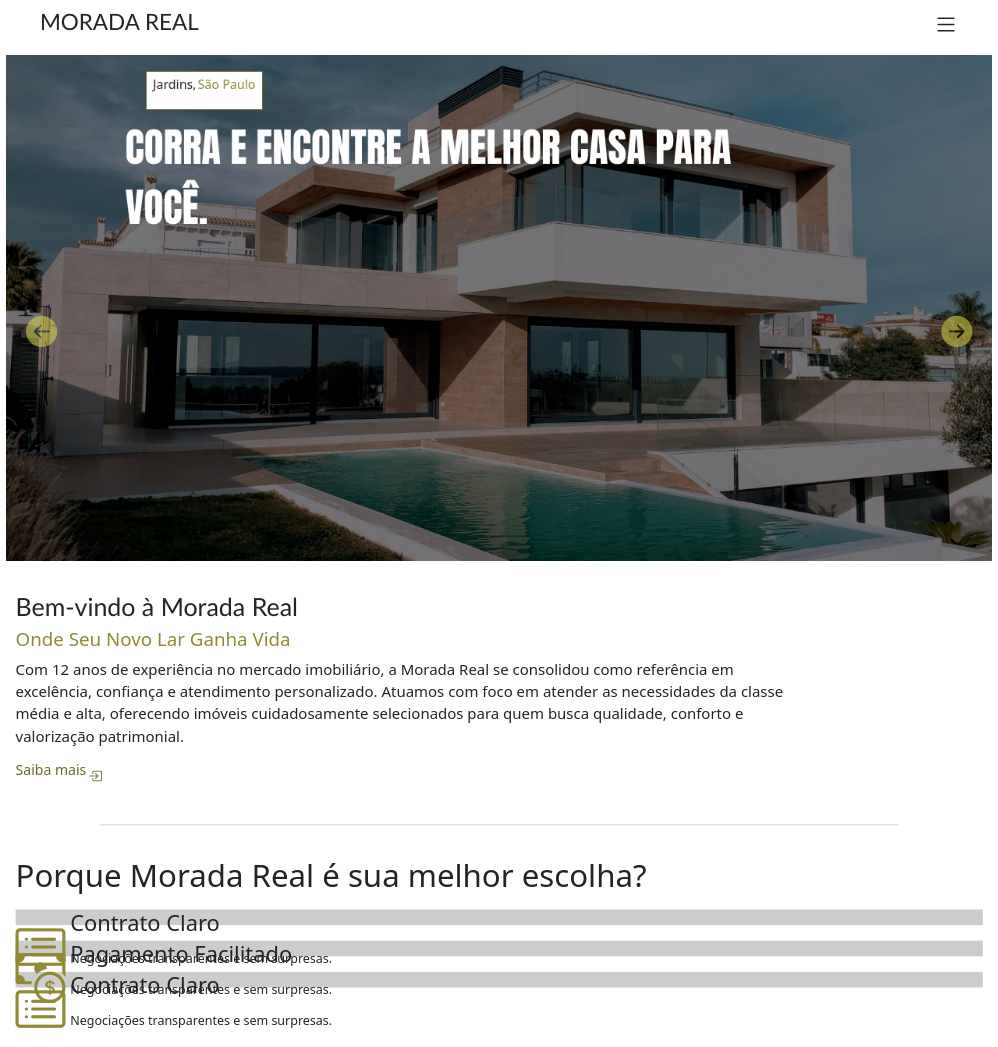
Repository: Mattyns/moradareal
Page: index.html
An editor plug-in stored every save of this project. The page is shown before and after the next save, followed by the edit.
The browser window is 1280 px wide. The pictures show the whole page, at 78% of full size.

Above is the page before, as saved 2025-07-13 17:39:14.

After the next save:
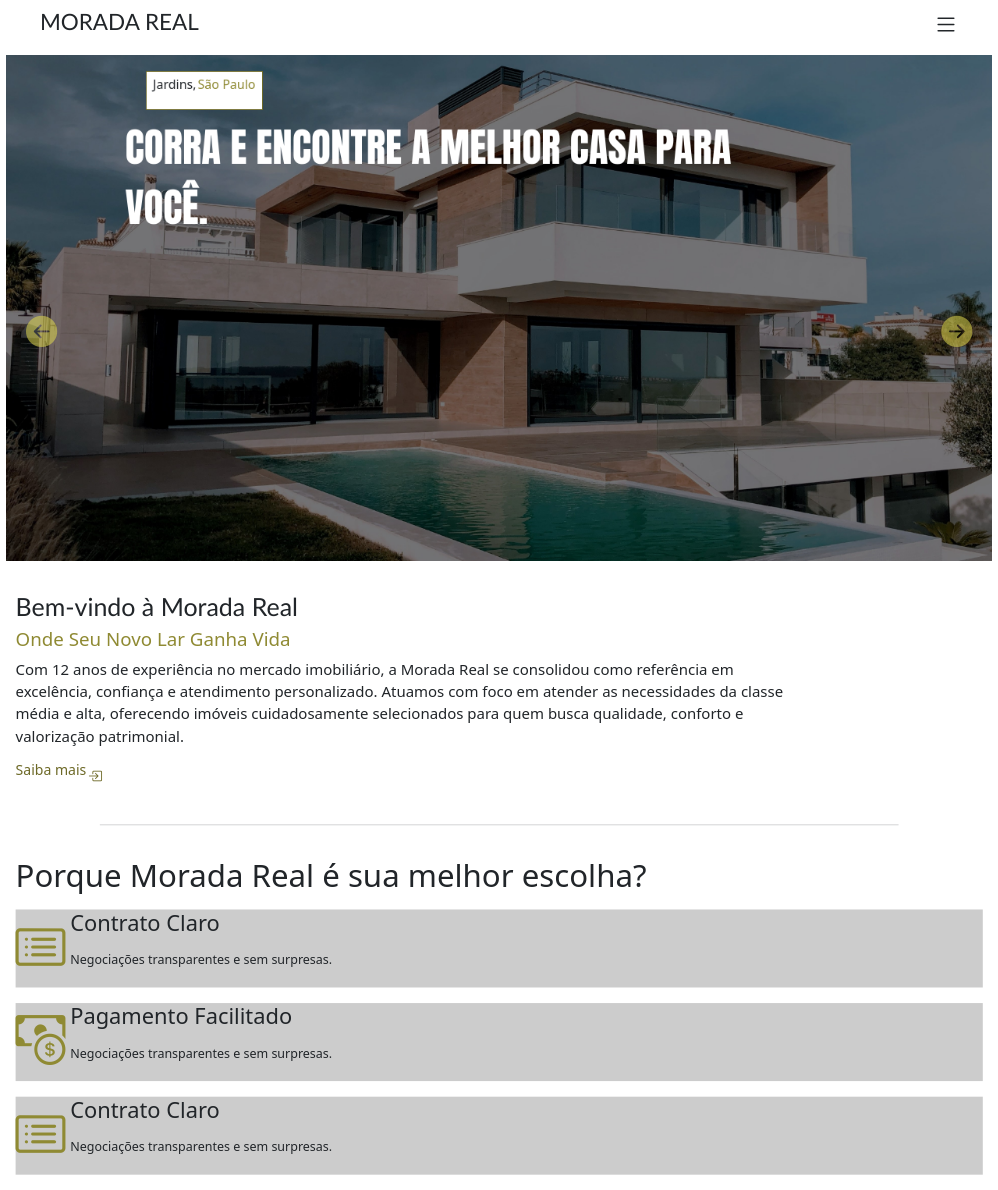
Saved 5 s later.
--- a/style/style.css
+++ b/style/style.css
@@ -211,7 +211,7 @@
   align-items: start;
 
   background-color: #ccc;
-  height: 20px;
+  height: 100px;
   margin: 20px auto;
 }
 
